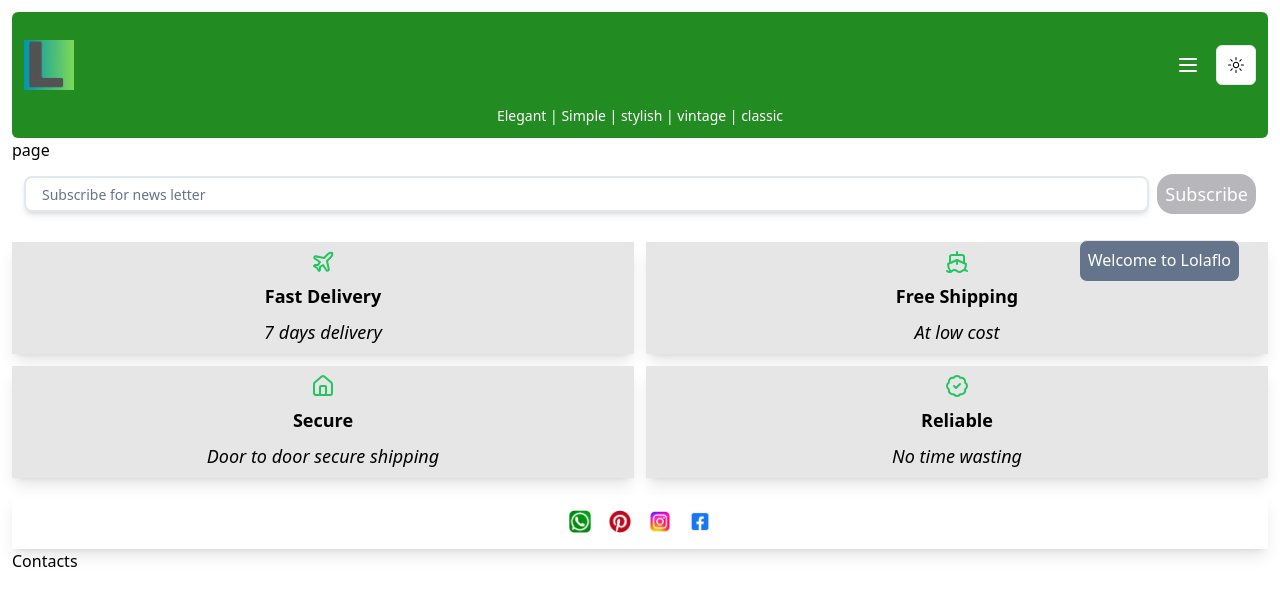
Repository: Semanmernstack/bisi-abejide
Page: /bb
The author's editor kept a copy of each file at every save. The page is drawn from the files as they stood at one save, then again after the next save.
The browser window is 1280 px wide. The pictures show the whole page.
The project was rebuilt for these pictures with package versions that can differ from the ones it lists, and the page was loaded fresh each time. The framework's server and built-in components were replaced by stand-ins that run in the browser. Also part of the build but not shown: next.config.mjs.

Above is the page before, as saved 2024-04-19 08:42:02.

### app/layout.tsx
import type { Metadata } from "next";
import { Inter } from "next/font/google";
import "./globals.css";
import { ThemeProvider } from "@/components/theme-provider";
import Nav from "@/components/Nav";
import Footer from "@/components/Footer";

const inter = Inter({ subsets: ["latin"] });

export const metadata: Metadata = {
  title: "Welcome to Lolaflo store",
  description: "Hppy Shopping",
};

export default function RootLayout({
  children,
}: Readonly<{
  children: React.ReactNode;
}>) {
  return (
    <html lang="en">
      <body className=" flex flex-col p-3  min-h-screen   dark:bg-gray-800 dark:text-white">
      <ThemeProvider
            attribute="class"
            defaultTheme="system"
            enableSystem
            disableTransitionOnChange
          >
            <Nav/>
        {children}
        <Footer/>
      </ThemeProvider>
        </body>
    </html>
  );
}

### components/Nav.tsx
"use client"

import Image from "next/image"
import Cat from "./Cat"
import Toggle from "./Toggle"
import { motion } from "framer-motion"
import anky from '../public/anky.gif'
import Link from "next/link"

function Nav() {
    return (
      <div    className='p-3 top-0 z-50 sticky w-full bg-[#228B22] rounded-md  '>

          <div    className='flex py-4 gap-2 items-center justify-between '>
              <motion.div
                     initial={{
                        x: -500,
                         opacity: 0,
                        scale:0.5,
                    }}
                    animate={{
                        x:0,
                        opacity: 1,
                        scale: 1,
                    }}
                    transition={{
                        duration: 1,
                    }}
                    className='flex flex-col  justify-start   font-serif items-center  text-white'>
                    <Link href={'/'} className="flex flex-col ">


                      <Image className="flex justify-start" src={anky} alt="" width={50} height={40}/>

                    </Link>






              </motion.div>
              <motion.div
                  initial={{
                    x: 500,
                    opacity: 0,
                    scale:0.5,
                }}
                animate={{
                    x:0,
                    opacity: 1,
                    scale: 1,
                }}
                transition={{
                    duration: 1,
                }}
                className='flex items-center  space-x-2'>
                  <Cat/>
                  <Toggle/>
              </motion.div>
          </div>

          <div  className="flex  text-center justify-center text-white text-xs ">
                <h1 className="text-sm font-medium">Elegant | Simple | stylish | vintage | classic</h1>
            </div>

      </div>
    )
  }

  export default Nav

### components/Footer.tsx
"use client"
import React, { useState } from 'react'
import Mailing from './Mailing'
import Delivery from './Delivery'
import Ai from './Ai'
import NewsLet from './NewsLet'
import SubAi from './SubAi'
import Contacts from './Contacts'
import Icon from './Icon'

function Footer() {

  return (
    <div >
        <div>
            <NewsLet/>
            <SubAi   />
            <Delivery />
            <Icon/>
            <Contacts/>
        </div>
    </div>
  )
}

export default Footer

try {

} catch (error) {

}

### components/Cat.tsx
"use client"
import React from 'react'
import {
    DropdownMenu,
    DropdownMenuContent,
    DropdownMenuItem,
    DropdownMenuLabel,
    DropdownMenuSeparator,
    DropdownMenuTrigger,
  } from "@/components/ui/dropdown-menu"
import { MenuIcon } from 'lucide-react'
import { usePathname } from 'next/navigation'
import Link from 'next/link'
import Icon from './Icon'

interface P {
    name: string,
    href: string
}

const links: P[] = [
    {
        name: 'Home', href: "/"
    },
    {
        name: 'Ankara ', href: "/Ankara"

    },

    {
        name: 'Kaftan ', href: "/Kaftan"

    },
    {
        name: 'Turban ', href: "/Turban"

    },




]


function Cat() {
    const pathname = usePathname()
  return (

    <div>
        <DropdownMenu >
            <DropdownMenuTrigger className=" flex flex-col w-10 h-9  text-white text-xl  justify-center items-center text-center">
                <MenuIcon/>
            </DropdownMenuTrigger>
            <DropdownMenuContent className=''>
                <DropdownMenuLabel className=" flex font-bold font-serif sm:font-bold justify-center gap-1 p-1 border items-center"> CATEGORIES</DropdownMenuLabel>
                <DropdownMenuSeparator />

                <DropdownMenuItem className="flex items-center justify-center   flex-col p-3 gap-2    rounded-md">
                {links.map((l, index) => (
                <div key={index} className='flex   rounded-lg  text-zinc-500 md:w-1/2 text-center font-extrabold     p-2 transition ease-in-out delay-150 hover:-translate-y-1 hover:scale-95  duration-300 '>
                    {pathname === l.href ? (
                        <Link href={l.href} className='text-sm sm:text-lg text-red-800 font-semibold animate-pulse'>
                            {l.name}
                        </Link>

                    ):(
                        <Link href= {l.href }
                        className="flex   p-2 gap-1 italic sm:font-semibold hover:border rounded-lg border-teal-700  text-slate-800 dark:text-white text-sm sm:text-lg font-bold transition duration-100  "
                        >
                            {l.name}
                        </Link>

                    )}

                </div>
            ))}
            <Icon/>

                </DropdownMenuItem>


            </DropdownMenuContent>
        </DropdownMenu>

    </div>
  )
}

export default Cat

### components/Toggle.tsx
"use client"
import React from 'react'
import { MoonIcon, SunIcon } from "@radix-ui/react-icons"
import { useTheme } from "next-themes"
import { Button } from "@/components/ui/button"
import {
    DropdownMenu,
    DropdownMenuContent,
    DropdownMenuItem,
    DropdownMenuTrigger,
  } from "@/components/ui/dropdown-menu"

function Toggle() {
    const { setTheme } = useTheme()
  return (
    <div>
        <DropdownMenu>
      <DropdownMenuTrigger asChild>
        <Button variant="outline" size="icon">
          <SunIcon className=" h-4 w-4 rotate-0 scale-100 transition-all dark:-rotate-90 dark:scale-0" />
          <MoonIcon className="absolute h-4 w-4 rotate-90 scale-0 transition-all dark:rotate-0 dark:scale-100" />
          <span className="sr-only">Toggle theme</span>
        </Button>
      </DropdownMenuTrigger>
      <DropdownMenuContent align="end">
        <DropdownMenuItem onClick={() => setTheme("light")}>
          Light
        </DropdownMenuItem>
        <DropdownMenuItem onClick={() => setTheme("dark")}>
          Dark
        </DropdownMenuItem>
        <DropdownMenuItem onClick={() => setTheme("system")}>
          System
        </DropdownMenuItem>
      </DropdownMenuContent>
    </DropdownMenu>

    </div>
  )
}

export default Toggle

### components/Delivery.tsx

import {  BadgeCheckIcon, PlaneIcon, HomeIcon, ShipIcon } from 'lucide-react'
import React from 'react'

const details = [
    {
        name: 'Fast Delivery',
        icon: <PlaneIcon/>,
        desc: '7 days delivery',
    },
    {
        name: 'Free Shipping',
        icon: <ShipIcon/>,
        desc: 'At low cost',
    },
    {
        name: 'Secure',
        icon: <HomeIcon/>,
        desc: 'Door to door secure shipping',
    },
    {
        name: 'Reliable',
        icon: <BadgeCheckIcon/>,
        desc: 'No time wasting',
    },
]

function Delivery() {
  return (
    <div className='  dark:bg-gray-800   py-4 grid grid-cols-1 sm:grid-cols-2 gap-3'>
        {details?.map((b, i) => (
            <div className='flex flex-col border-1  text-center justify-center items-center  bg-[#e6e6e6] p-2 gap-2 shadow-lg ' key={i}>
                <h2 className='text-green-500 '>{b.icon}</h2>
                <h4 className='text-xs sm:text-sm md:text-lg dark:text-white font-bold'>{b.name}</h4>
                <h5 className='text-xs sm:text-sm  dark:text-white md:text-lg italic'>{b.desc}</h5>


            </div>

        ))}


    </div>

  )
}

export default Delivery

### components/NewsLet.tsx
import React from 'react'
import Mail from './Mail'

function NewsLet() {
  return (
    <div>
        <Mail/>
    </div>
  )
}

export default NewsLet

### components/SubAi.tsx
"use client"

import React, { useState } from 'react'
import Ai from './Ai';
import { motion } from "framer-motion"

function SubAi() {
  const [chatBoxOpen, setChatBoxOpen] = useState(false);
  return (
    <motion.div
    initial={{
      x: 500,
      opacity: 0,
      scale:0.5,
  }}
  animate={{
      x:0,
      opacity: 1,
      scale: 1,
  }}
  transition={{
      duration: 1,
  }}
       className='flex top-60 right-10 z-50 fixed  bg-slate-500 rounded-lg text-white  max-w-2xl border p-2 '  >



      <Ai />
    </motion.div>
  )
}

export default SubAi

### components/Icon.tsx
"use client"
import React from 'react'

import whatsapp from '../public/whatsapp.png'
import instagram from '../public/intagram.jpg'
import facebook from '../public/facebook.png'
import pinterest from '../public/pinterest.png'
import Image from 'next/image'
import Link from 'next/link'

function Icon() {
  return (
    <div


        className='flex p-4 gap-4 shadow-lg items-center text-center justify-center   text-sm      '>

        <Link className='contain  transition ease-in-out delay-150  hover:translate-y-1 hover:scale-95  duration-300      ' href={''}>
            <Image src={whatsapp} alt="whatsapp" width={24} height={24} />
        </Link>
        <Link className='contain  transition ease-in-out delay-150  hover:translate-y-1 hover:scale-95  duration-300    ' href={''}>
            <Image src={pinterest} alt="whatsapp" width={24} height={24} />
        </Link>
        <Link className='contain transition ease-in-out delay-150  hover:translate-y-1 hover:scale-95  duration-300   ' href={''}>

            <Image src={instagram} alt="whatsapp" width={24} height={24} />
        </Link>
        <Link className='contain transition ease-in-out delay-150  hover:translate-y-1 hover:scale-95  duration-300     ' href={''}>
            <Image src={facebook} alt="whatsapp" width={24} height={24} />
        </Link>


    </div>
  )
}

export default Icon

### components/ui/button.tsx
import * as React from "react"
import { Slot } from "@radix-ui/react-slot"
import { cva, type VariantProps } from "class-variance-authority"

import { cn } from "@/lib/utils"

const buttonVariants = cva(
  "inline-flex items-center justify-center whitespace-nowrap rounded-md text-sm font-medium ring-offset-white transition-colors focus-visible:outline-none focus-visible:ring-2 focus-visible:ring-slate-950 focus-visible:ring-offset-2 disabled:pointer-events-none disabled:opacity-50 dark:ring-offset-slate-950 dark:focus-visible:ring-slate-300",
  {
    variants: {
      variant: {
        default: "bg-slate-900 text-slate-50 hover:bg-slate-900/90 dark:bg-slate-50 dark:text-slate-900 dark:hover:bg-slate-50/90",
        destructive:
          "bg-red-500 text-slate-50 hover:bg-red-500/90 dark:bg-red-900 dark:text-slate-50 dark:hover:bg-red-900/90",
        outline:
          "border border-slate-200 bg-white hover:bg-slate-100 hover:text-slate-900 dark:border-slate-800 dark:bg-slate-950 dark:hover:bg-slate-800 dark:hover:text-slate-50",
        secondary:
          "bg-slate-100 text-slate-900 hover:bg-slate-100/80 dark:bg-slate-800 dark:text-slate-50 dark:hover:bg-slate-800/80",
        ghost: "hover:bg-slate-100 hover:text-slate-900 dark:hover:bg-slate-800 dark:hover:text-slate-50",
        link: "text-slate-900 underline-offset-4 hover:underline dark:text-slate-50",
      },
      size: {
        default: "h-10 px-4 py-2",
        sm: "h-9 rounded-md px-3",
        lg: "h-11 rounded-md px-8",
        icon: "h-10 w-10",
      },
    },
    defaultVariants: {
      variant: "default",
      size: "default",
    },
  }
)

export interface ButtonProps
  extends React.ButtonHTMLAttributes<HTMLButtonElement>,
    VariantProps<typeof buttonVariants> {
  asChild?: boolean
}

const Button = React.forwardRef<HTMLButtonElement, ButtonProps>(
  ({ className, variant, size, asChild = false, ...props }, ref) => {
    const Comp = asChild ? Slot : "button"
    return (
      <Comp
        className={cn(buttonVariants({ variant, size, className }))}
        ref={ref}
        {...props}
      />
    )
  }
)
Button.displayName = "Button"

export { Button, buttonVariants }

### components/Mail.tsx
"use client"
import React, { FormEvent, useState } from 'react'
import { Input } from './ui/input'
import { Button } from './ui/button'

function Mail() {
    const [input, setInput] = useState<string>("")
    const [mailError, setMailError] = useState<string> ("")
    const [mailOk, setMailOk] = useState<string>("")

    const handleSubmit = async (e: FormEvent<HTMLFormElement>) => {
        e.preventDefault()
        const email = input;


        const res = await fetch("/api/mailSub", {
            method: 'POST',
            headers: {
                "Content-Type": "application/json",
            },

            body: JSON.stringify({email}),

        })

        const data = await res.json()
        if (data.error) {
            setMailError('Hey you already subscribe to trizzas cake')

            return
        }
        setMailOk(data.res)
        setInput("")


    }


  return (
    <div className='flex flex-col items-center w-full  '>
        <form className="flex  flex-col p-3 w-full " onSubmit={handleSubmit}>
            <div className='gap-2 flex  flex-col md:flex-row items-center'>
                <Input type="email"
                    placeholder='Subscribe for news letter'
                    value={input}

                    onChange={(e) => setInput(e.target.value)}
                    required
                    className="outline-none flex-1 w-full text-white shadow-md  border-2 h-12 md:h-8   p-4 rounded-lg   from-fuchsia-400 "

                 />
                 <Button className="text-sm   text-center justify-center flex cursor-pointer  text-white bg-zinc-500 p-2  sm:text-lg transition ease-in-out delay-150 hover:-translate-y-1 hover:scale-95  duration-300  rounded-xl md:rounded-2xl " type='submit' disabled={!input}    >
                    Subscribe
                 </Button>
            </div>

        </form>
        {(mailOk || mailError ) && (
            <div className="mt-5 text-sm text-center justify-center font-extrabold">
             {mailOk ?(<p className="  bg-red-900 px-2 py-2 mb-2 text-white"> Subscription Sucessful !! </p>):(<p className="bg-green-500 p-1">You already Subscribed</p>)}
            </div>
        )}

    </div>
  )
}

export default Mail

### components/Ai.tsx
import {  Bot, MessageCircleIcon, SendHorizontal, XCircle } from 'lucide-react'
import React, { useState } from 'react'


import Popup from 'reactjs-popup';
import 'reactjs-popup/dist/index.css';


function Ai() {





  return (


  <div className=' flex max-w-2xl mx-auto  animate-bounce' >

  <Popup trigger={<button>Welcome to Lolaflo</button>} position="left center">
    <div>Lolaflo mission is to build.... </div>
  </Popup>

  </div>

  )
}

export default Ai

### components/ui/input.tsx
import * as React from "react"

import { cn } from "@/lib/utils"

export interface InputProps
  extends React.InputHTMLAttributes<HTMLInputElement> {}

const Input = React.forwardRef<HTMLInputElement, InputProps>(
  ({ className, type, ...props }, ref) => {
    return (
      <input
        type={type}
        className={cn(
          "flex h-10 w-full rounded-md border border-slate-200 bg-white px-3 py-2 text-sm ring-offset-white file:border-0 file:bg-transparent file:text-sm file:font-medium placeholder:text-slate-500 focus-visible:outline-none focus-visible:ring-2 focus-visible:ring-slate-950 focus-visible:ring-offset-2 disabled:cursor-not-allowed disabled:opacity-50 dark:border-slate-800 dark:bg-slate-950 dark:ring-offset-slate-950 dark:placeholder:text-slate-400 dark:focus-visible:ring-slate-300",
          className
        )}
        ref={ref}
        {...props}
      />
    )
  }
)
Input.displayName = "Input"

export { Input }

Loaded but not shown: app/bb/page.tsx (common file); app/globals.css (common file); components/theme-provider.tsx (common file); components/Contacts.tsx (common file); lib/utils.ts (common file); tailwind.config.ts (common file); components/ui/dropdown-menu.tsx (200 lines, source omitted)

After the next save:
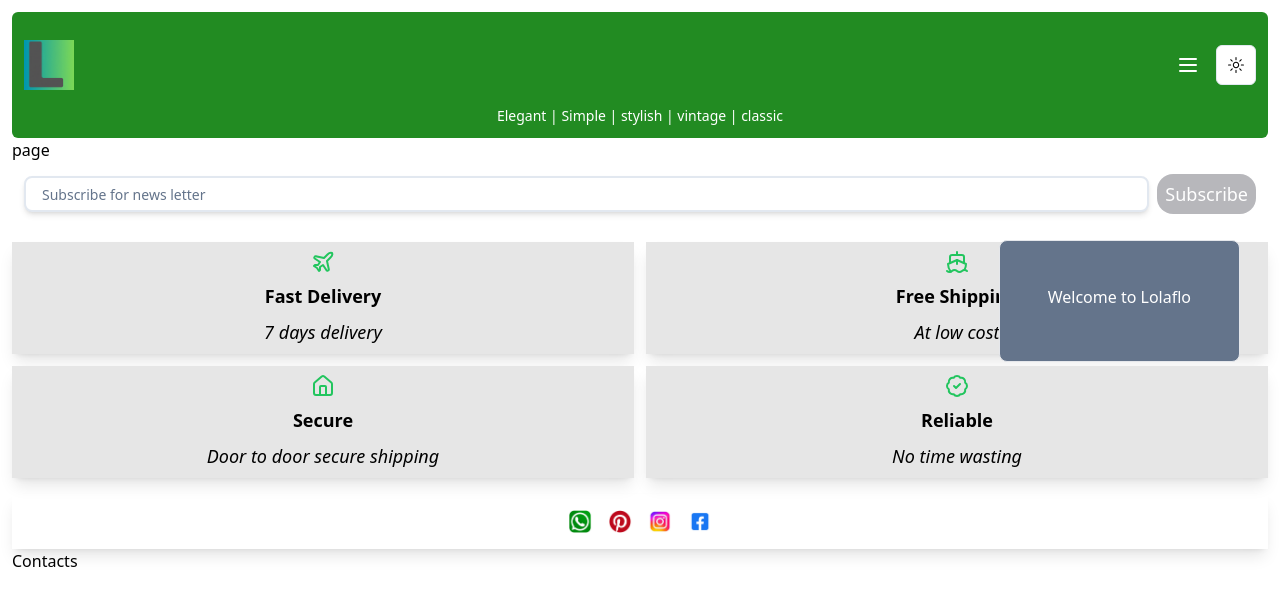
Saved 2 min 13 s later.
--- a/components/Ai.tsx
+++ b/components/Ai.tsx
@@ -15,7 +15,7 @@
   return (
 
 
-  <div className=' flex max-w-2xl mx-auto  animate-bounce' >
+  <div className=' flex max-w-2xl mx-auto p-10  animate-bounce' >
 
   <Popup trigger={<button>Welcome to Lolaflo</button>} position="left center">
     <div>Lolaflo mission is to build.... </div>

After the save that followed:
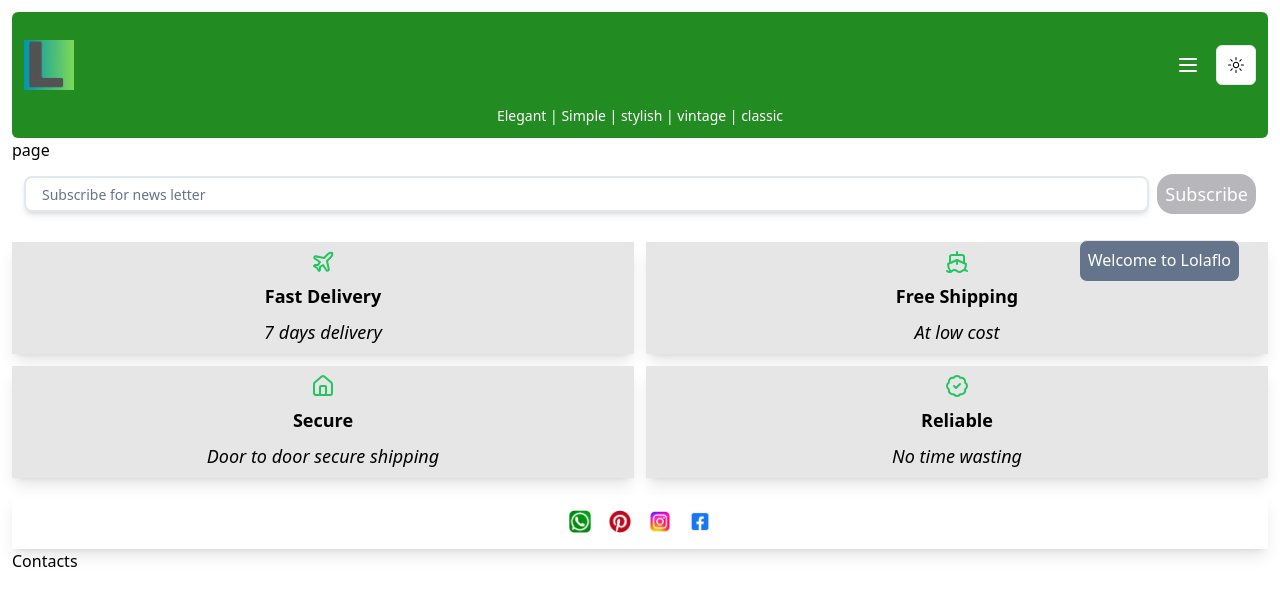
Saved 12 s later.
--- a/components/Ai.tsx
+++ b/components/Ai.tsx
@@ -15,7 +15,7 @@
   return (
 
 
-  <div className=' flex max-w-2xl mx-auto p-10  animate-bounce' >
+  <div className=' flex max-w-2xl mx-auto p-45  animate-bounce' >
 
   <Popup trigger={<button>Welcome to Lolaflo</button>} position="left center">
     <div>Lolaflo mission is to build.... </div>
